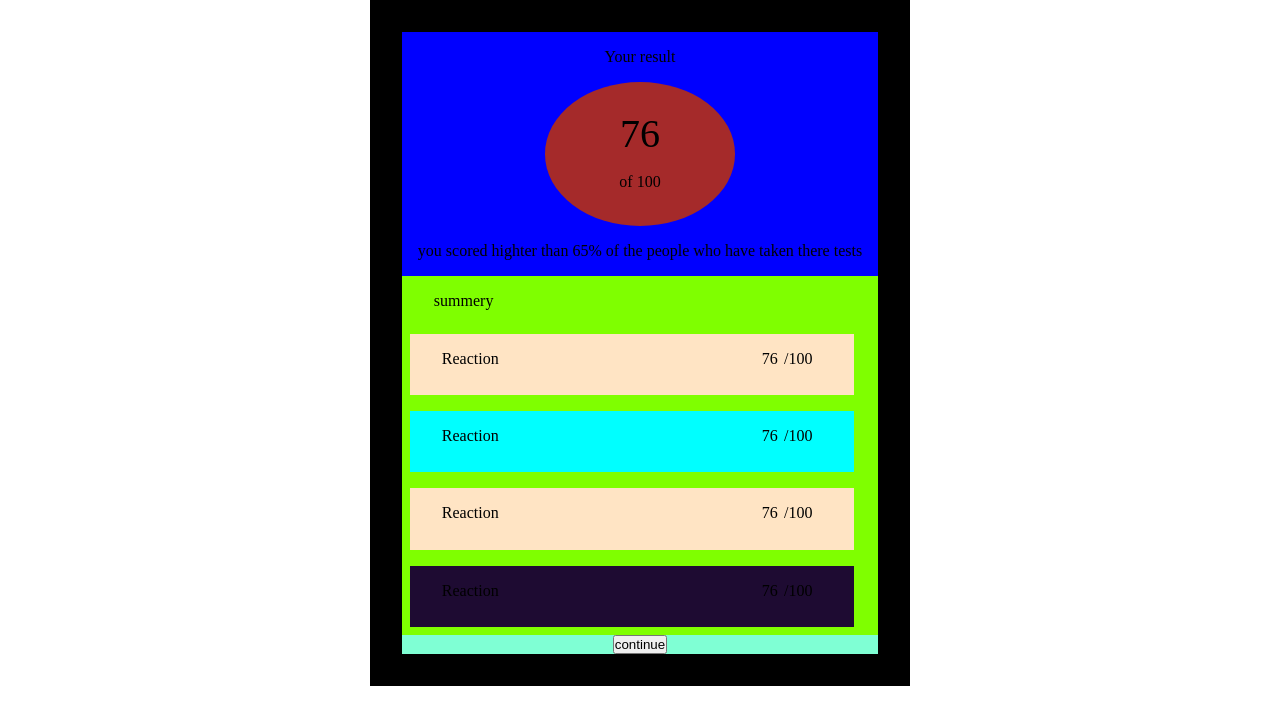
Repository: rahanwz/Card2-raha
Page: card2.html
These files come from the project's save history. The page is drawn as it stood at one moment and after the next save; the edit follows.
The browser window is 1280 px wide. The pictures show the whole page.

Above is the page before, as saved 2024-02-20 16:26:14.

After the next save:
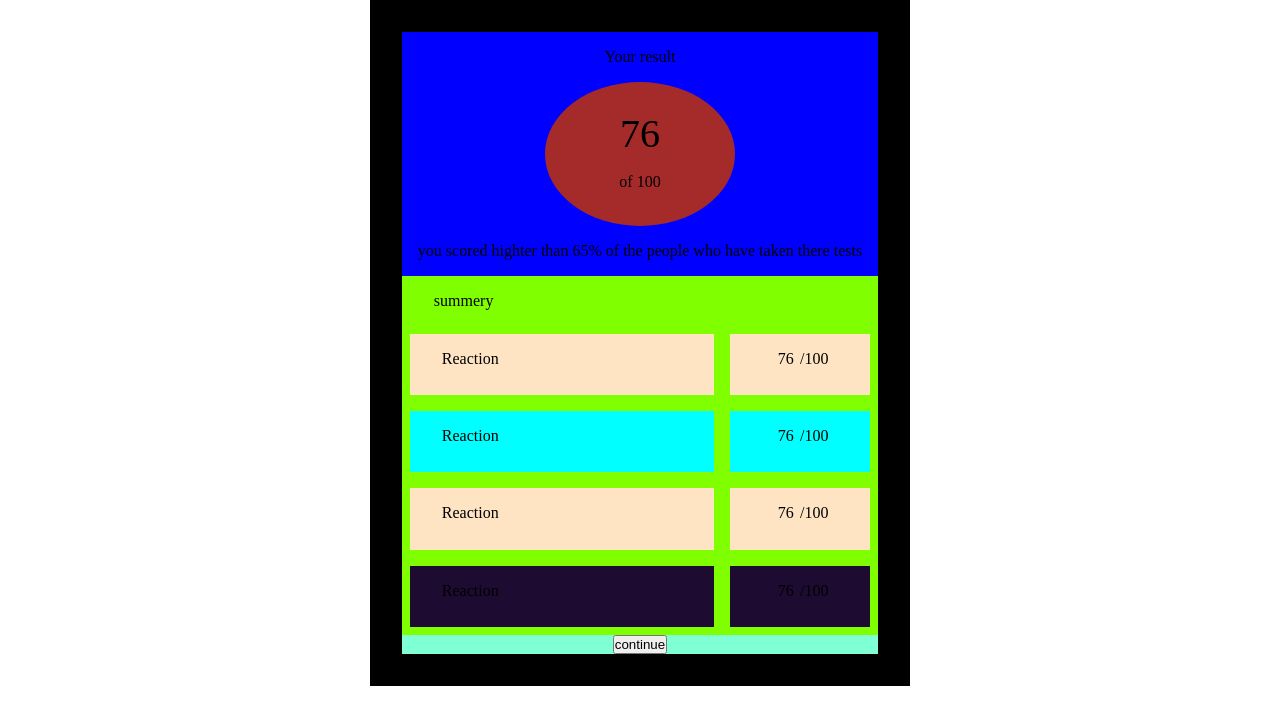
Saved 9 s later.
--- a/card2.css
+++ b/card2.css
@@ -83,5 +83,5 @@ body {
 
 .number {
   display: flex;
-  margin-right: 1rem;
+  margin-left: 1rem;
 }
